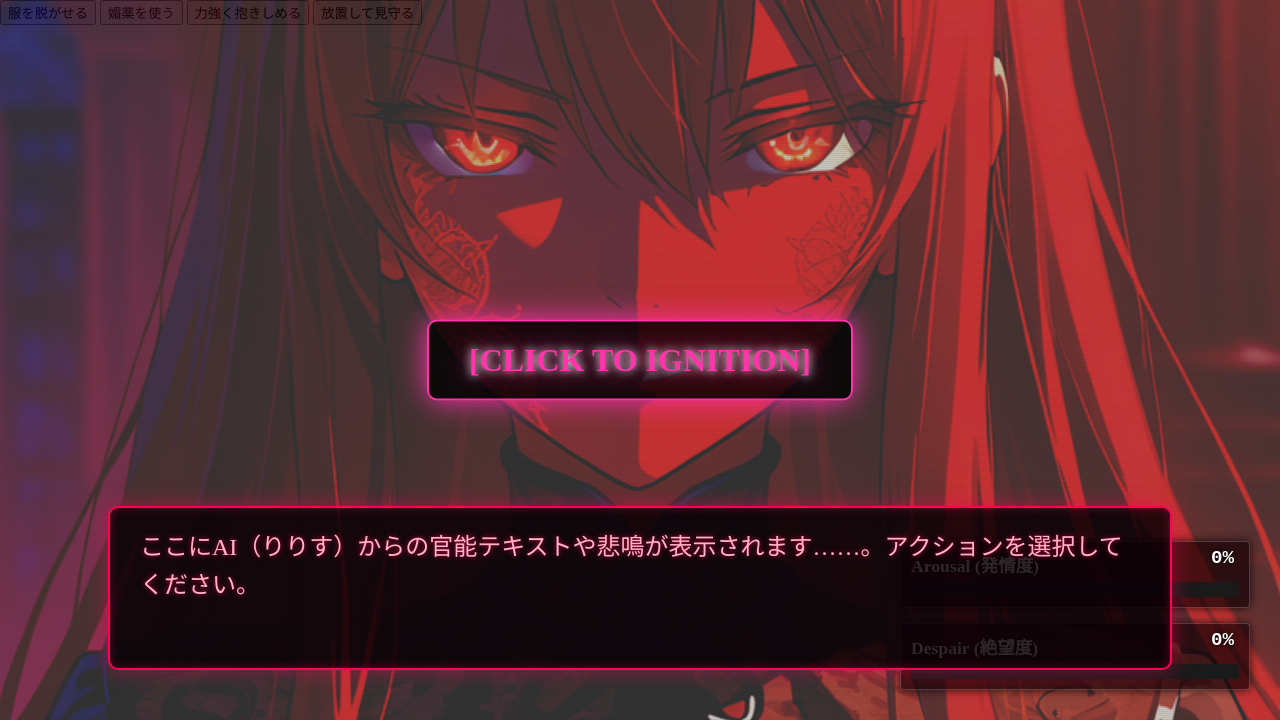
Repository: chatgdpkuesuto-sys/quest-rpg
Page: 00_Dashboard/index.html
The author's editor kept a copy of each file at every save. The page is drawn from the files as they stood at one save, then again after the next save.
The browser window is 1280 px wide. The pictures show the whole page.

Above is the page before, as saved 2026-02-20 07:22:46.

After the next save:
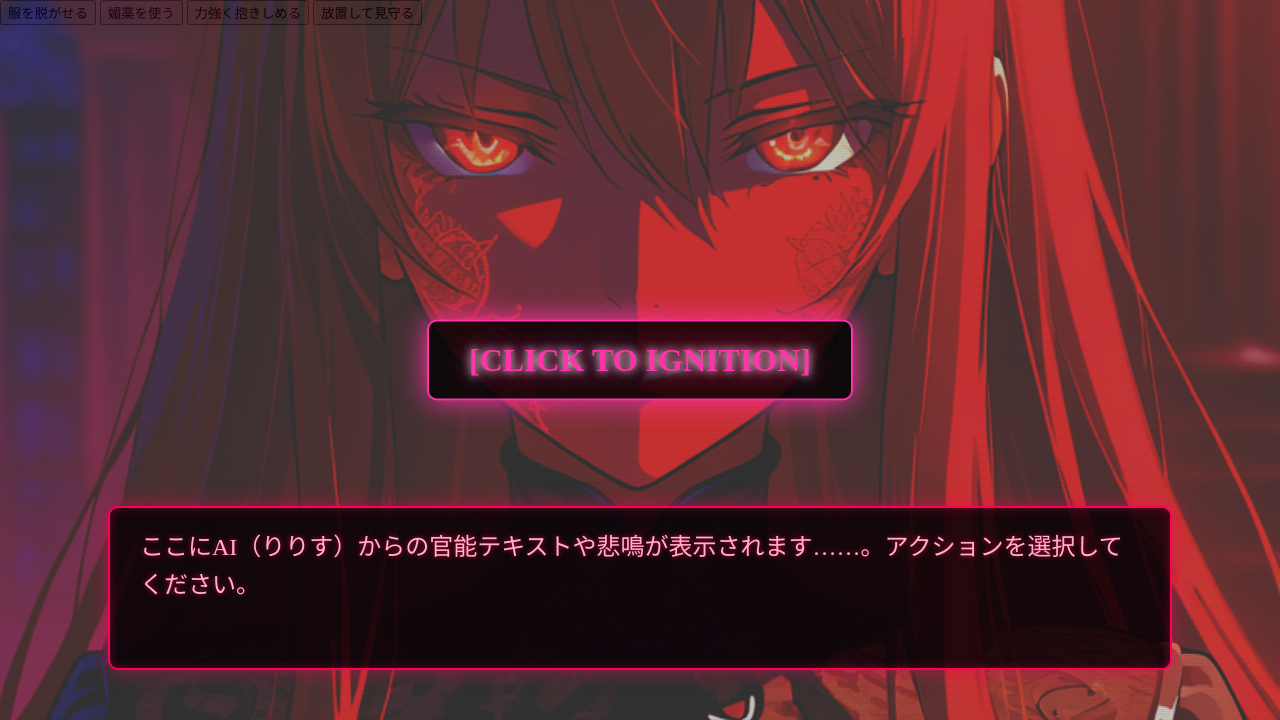
Saved 22 s later.
--- a/00_Dashboard/index.html
+++ b/00_Dashboard/index.html
@@ -19,25 +19,6 @@
     <!-- 狂気・発情エフェクト用オーバーレイ -->
     <div id="blood-overlay"></div>
     <div id="glitch-overlay"></div>
-
-    <!-- ステータスバー（画面下部などに配置） -->
-    <div id="status-container">
-        <div class="status-box">
-            <div class="status-label">Arousal (発情度)</div>
-            <div class="progress-bar">
-                <div id="arousal-fill" class="progress-fill arousal"></div>
-            </div>
-            <div id="arousal-value" class="status-value">0%</div>
-        </div>
-
-        <div class="status-box">
-            <div class="status-label">Despair (絶望度)</div>
-            <div class="progress-bar">
-                <div id="despair-fill" class="progress-fill despair"></div>
-            </div>
-            <div id="despair-value" class="status-value">0%</div>
-        </div>
-    </div>
 
     <!-- BGM等制御用の初期化ボタン (ブラウザの自動再生ポリシー対策用) -->
     <div id="init-audio" onclick="initEngine()">[CLICK TO IGNITION]</div>
